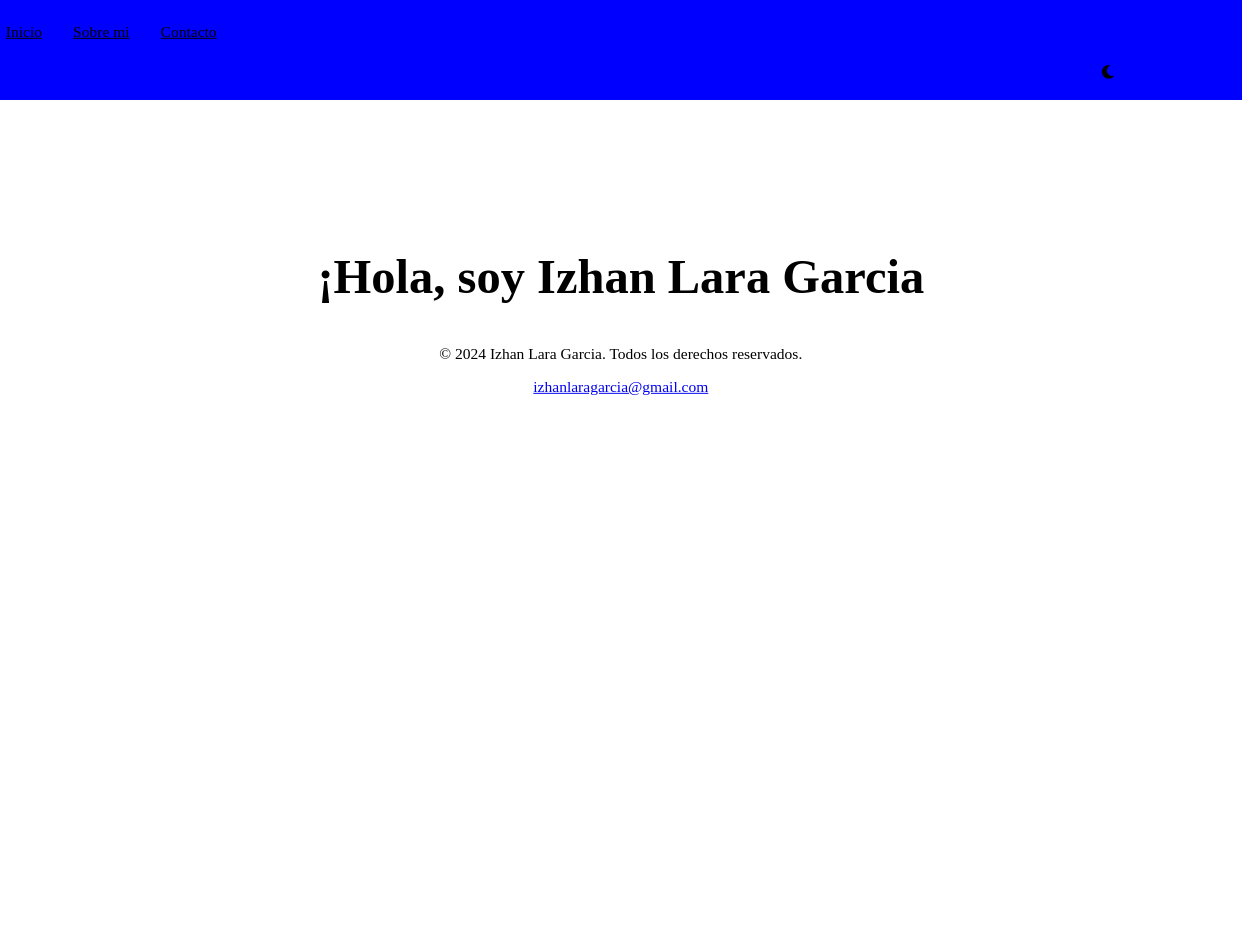
Repository: izhanlaraagarcia/izhanlaraagarcia.github.io
Page: / (app in vite-project/)
These files come from the project's save history. The page is drawn as it stood at one moment and after the next save; the edit follows.
The browser window is 1280 px wide. The pictures show the whole page, at 97% of full size.
The project was rebuilt for these pictures with package versions that can differ from the ones it lists, and the page was loaded fresh each time. Also part of the build but not shown: vite-project/vite.config.js, vite-project/src/Home/Styles/estilos.css, vite-project/src/pages/About/about.jsx, vite-project/src/pages/Contact/contact.jsx.

Above is the page before, as saved 2024-07-11 19:20:00.

After the next save:
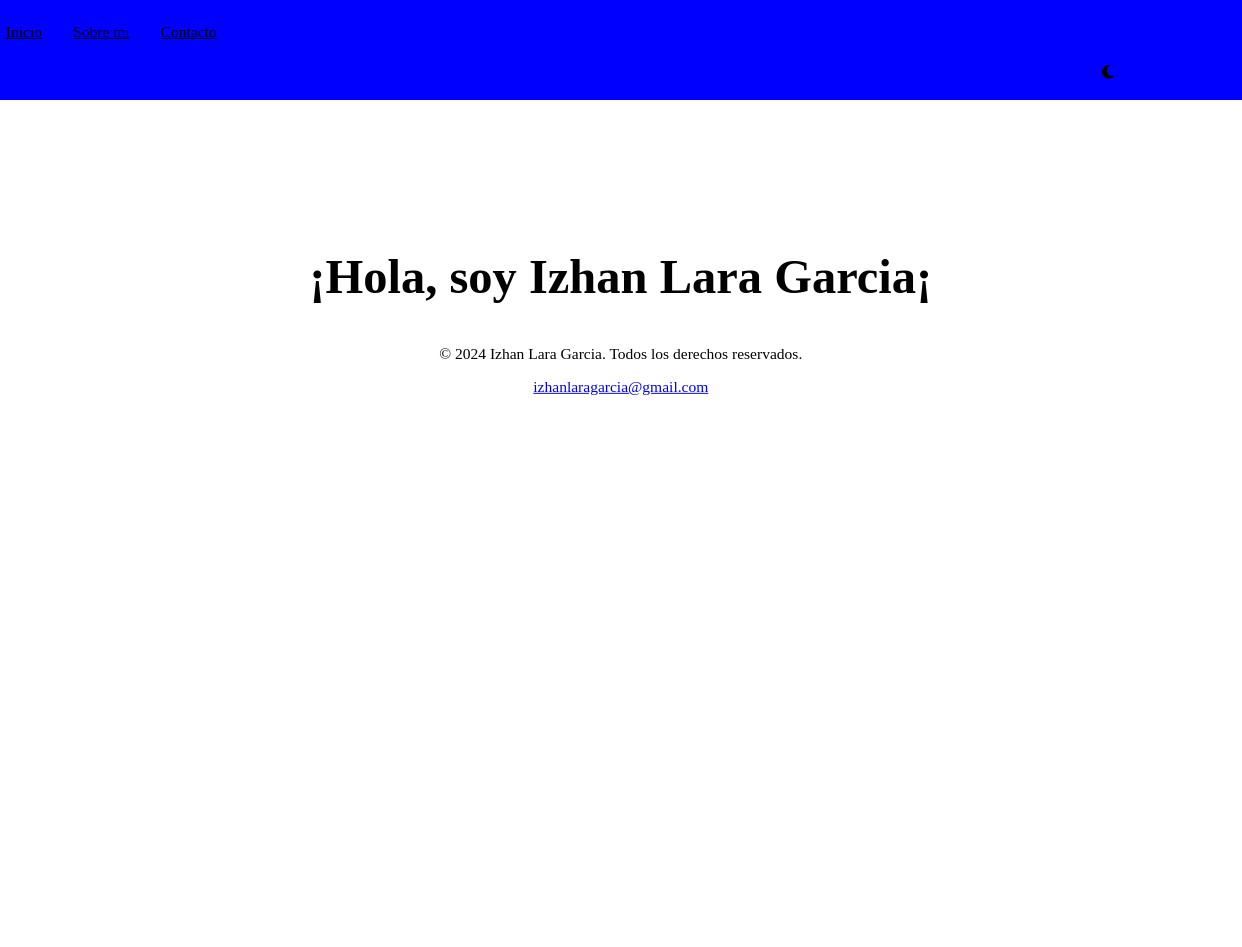
Saved 13 s later.
--- a/vite-project/src/Componentes-Generales/banner.jsx
+++ b/vite-project/src/Componentes-Generales/banner.jsx
@@ -6,7 +6,7 @@ class Banner extends React.Component {
     return (
       <div>
         <section id="welcome">
-          <h1>¡Hola, soy Izhan Lara Garcia</h1>
+          <h1>¡Hola, soy Izhan Lara Garcia¡</h1>
         </section>
       </div>
     );
